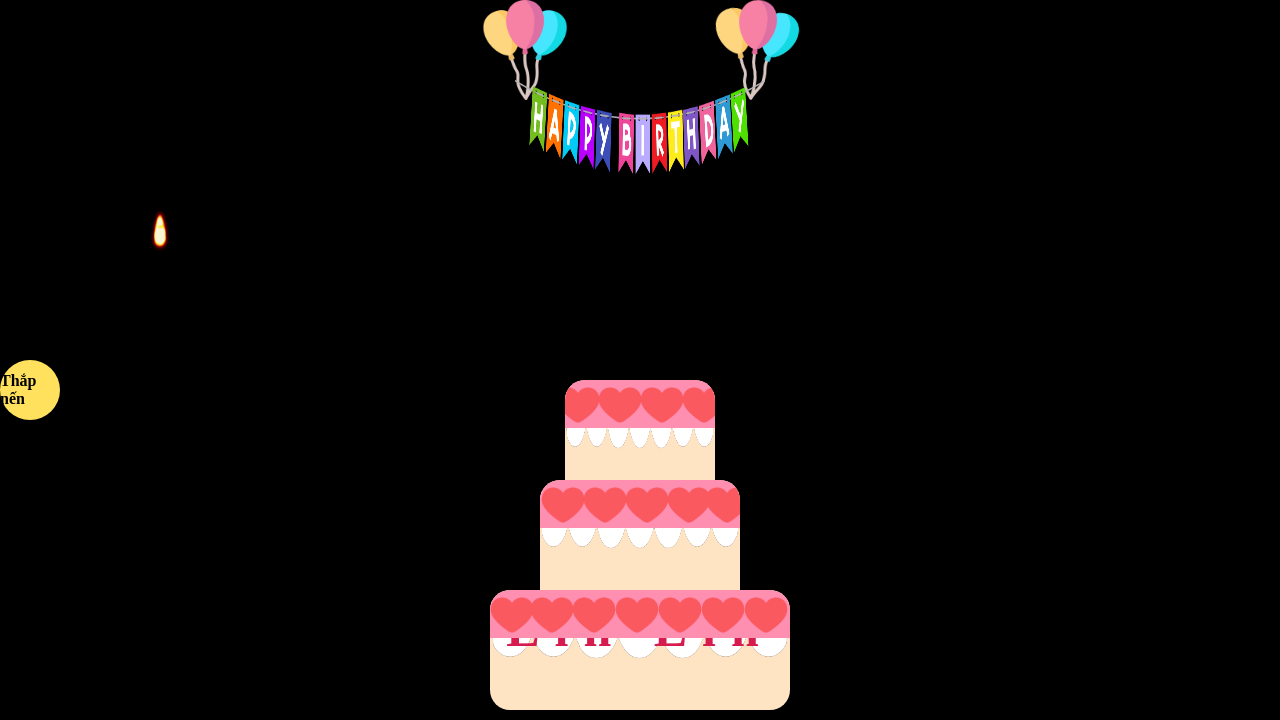
Repository: iphoneboy46/happybirthday
Page: index.html
An editor plug-in stored every save of this project. The page is shown before and after the next save, followed by the edit.
The browser window is 1280 px wide. The pictures show the whole page.
After loading, the first visible `div.btnThapnen` was clicked once.
Some web fonts or font styles are not loaded; a fallback is used.

Above is the page before, as saved 2022-11-28 21:22:12.

After the next save:
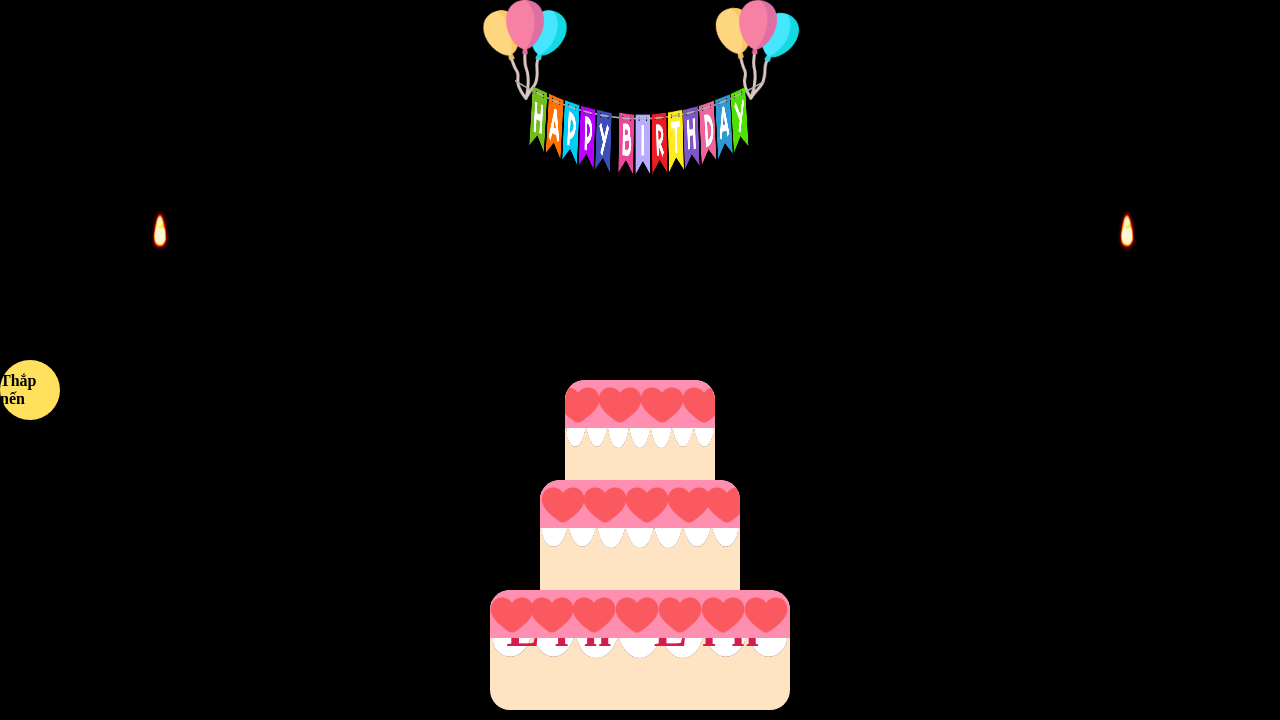
Saved 7 s later.
--- a/index.js
+++ b/index.js
@@ -6,5 +6,7 @@ const fire4 = document.querySelector(".fire4");
 
 btnThapnen.onclick = () => {
     con.style.backgroundColor = "black";
-    fire2.style.display = "block"
+    fire2.style.display = "block";
+    fire4.style.display = "block";
+
 };
